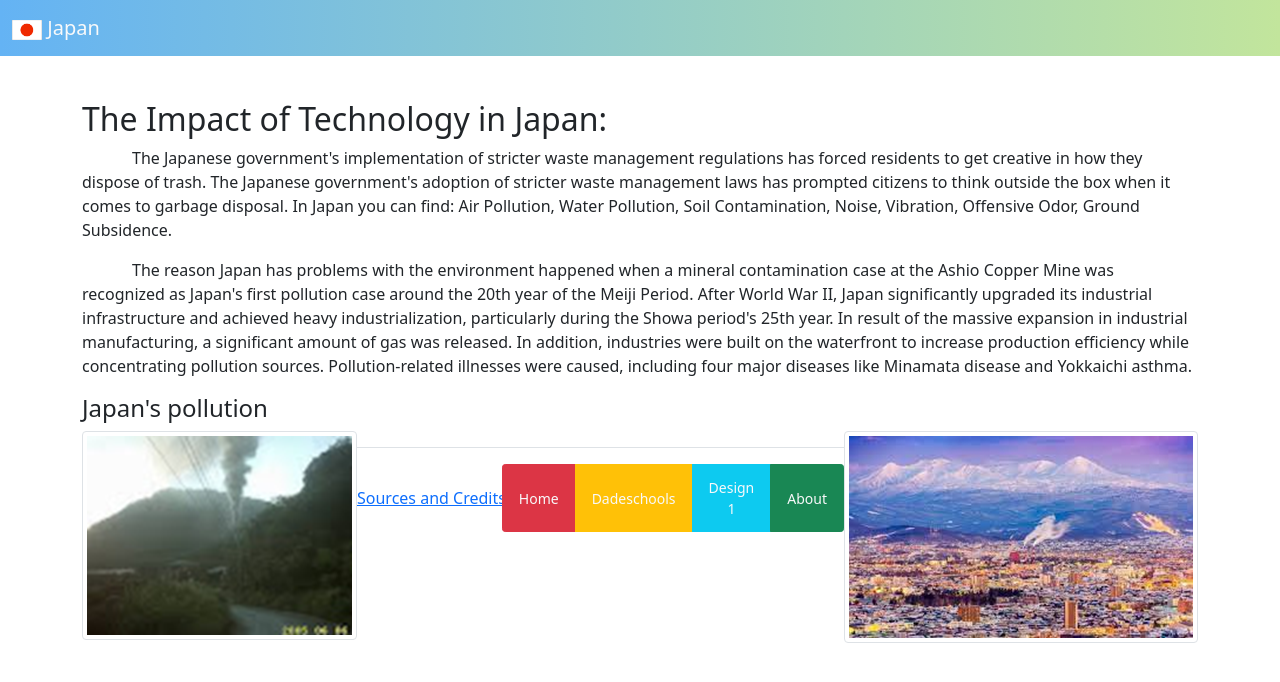
Repository: mrchilliballs/mrchilliballs.github.io
Page: untitled-2.html
These files come from the project's save history. The page is drawn as it stood at one moment and after the next save; the edit follows.
The browser window is 1280 px wide. The pictures show the whole page.

Above is the page before, as saved 2021-09-02 18:55:56.

### untitled-2.html
<!DOCTYPE html>
<html lang="en">
<head>
    <meta charset="UTF-8">
    <meta http-equiv="X-UA-Compatible" content="IE=edge">
    <!-- CSS only -->
<link href="https://cdn.jsdelivr.net/npm/bootstrap@5.1.0/dist/css/bootstrap.min.css" rel="stylesheet" integrity="sha384-KyZXEAg3QhqLMpG8r+8fhAXLRk2vvoC2f3B09zVXn8CA5QIVfZOJ3BCsw2P0p/We" crossorigin="anonymous">
    <meta name="viewport" content="width=device-width, initial-scale=1.0">
    <title>Document</title>
    <style>
@keyframes AnimationName {
    0%{background-position:0% 50%}
    50%{background-position:100% 50%}
    100%{background-position:0% 50%}
}
#navabr {
    animation: AnimationName 1s ease infinite !important;
    background: #c2e59c;  /* fallback for old browsers */
    background: -webkit-linear-gradient(to right, #64b3f4, #c2e59c);  /* Chrome 10-25, Safari 5.1-6 */
    background: linear-gradient(to right, #64b3f4, #c2e59c); /* W3C, IE 10+/ Edge, Firefox 16+, Chrome 26+, Opera 12+, Safari 7+ */
}
    </style>
</head>
<body>
    <nav class="navbar navbar-light bg-light fixed-top" id="navabr">
        <div class="container-fluid">
          <a class="navbar-brand" href="#">
            <img src="japan.gif" alt="" width="30" height="20 class="d-inline-block align-text-top">
            <span class="text-light">Japan</span>
          </a>
        </div>
      </nav>
    <main class="container">
<h2 style="margin-top: 100px;">The Impact of Technology in Japan:</h2>
	<p style="text-indent: 50px;">The Japanese government's implementation of stricter waste management regulations has forced residents to get creative in how they dispose of trash. The Japanese government's adoption of stricter waste management laws has prompted citizens to think outside the box when it comes to garbage disposal. In Japan you can find: Air Pollution, Water Pollution, Soil Contamination, Noise, Vibration, Offensive Odor, Ground Subsidence.
	<br></p><p style="text-indent: 50px;">The reason Japan has problems with the environment happened when a mineral contamination case at the Ashio Copper Mine was recognized as Japan's first pollution case around the 20th year of the Meiji Period. After World War II, Japan significantly upgraded its industrial infrastructure and achieved heavy industrialization, particularly during the Showa period's 25th year. In result of the massive expansion in industrial manufacturing, a significant amount of gas was released. In addition, industries were built on the waterfront to increase production efficiency while concentrating pollution sources. Pollution-related illnesses were caused, including four major diseases like Minamata disease and Yokkaichi asthma.
    </p>
    <h4>Japan's pollution</h4>
    <img src="Picture3.png" class="rounded float-start img-thumbnail img-fluid" alt="...">
    <img src="Picture4.png" class="rounded float-end img-thumbnail img-fluid" alt="...">
    <div style="margin-bottom: ;"></div>
        <div class="container">
            <footer class="d-flex flex-wrap justify-content-between align-items-center py-3 my-4 border-top" style="">
              <div class="dropdown">
                <a class="" href="#" role="button" id="dropdownMenuLink" data-bs-toggle="dropdown" aria-expanded="false">
                  Sources and Credits
                </a>

                <ul class="dropdown-menu" aria-labelledby="dropdownMenuLink">
                  <li><a class="dropdown-item" href="https://www.world-weather-travellers-guide.com/air-pollution-in-japan.htm">Source 1</a></li>
                  <li><a class="dropdown-item" href="https://www.nytimes.com/1964/12/26/archives/tokyo-troubled-by-air-pollution-emphasis-in-smog-control-is-still.html">Source 2</a></li>
                  <li><a class="dropdown-item" href="https://creativecommons.org/licenses/by-nc/2.0/s">Source 3</a></li>
                  <li><a class="dropdown-item" href="https://encyclopedia.1914-1918 online.net/article/science_and_technology_japan ">Source 4</a></li>
                  <li><a class="dropdown-item" href="https://en.wikipedia.org/wiki/Tokyo">Source 5</a></li>
                  <li><a class="dropdown-item" href="https://en.wikipedia.org/wiki/Meiji_Restoration ">Source 6</a></li>
                </ul>
              </div>
              <a href="/" class="col-md-4 d-flex align-items-center justify-content-center mb-3 mb-md-0 me-md-auto link-dark text-decoration-none">
                <svg class="bi me-2" width="40" height="32"><use xlink:href="#bootstrap"></use></svg>
              </a>

              <ul class="nav col-md-4 justify-content-end">
                <div class="btn-group" role="group" aria-label="Basic mixed styles example">
                    <button type="button" class="btn btn-danger btn-sm"><li class="nav-item"><a href="#" class="nav-link px-2 text-light">Home</a></li></button>
                    <button type="button" class="btn btn-warning btn-sm"><li class="nav-item"><a href="https://www3.dadeschools.net" class="nav-link px-2 text-light">Dadeschools</a></li></button>
                    <button type="button" class="btn btn-info btn-sm"><li class="nav-item"><a href="index.html" class="nav-link px-2 text-light">Design 1</a></li></button>
                    <button type="button" class="btn btn-success btn-sm"><li class="nav-item"><a class="nav-link px-2 text-light" href="#" role="button" id="dropdownMenuLink" data-bs-toggle="dropdown" aria-expanded="false">About</a><ul class="dropdown-menu" aria-labelledby="dropdownMenuLink1">
                      <li class="dropdown-item">We made this website using the program language "HTML". It took us a lot of work and we hope we get a good grade on this because we did our best on this website.</li>
                    </ul></li>
                    </button>
                  </div>
              </ul>
            </footer>
          </div>
          <!-- JavaScript Bundle with Popper -->
<script src="https://cdn.jsdelivr.net/npm/bootstrap@5.1.0/dist/js/bootstrap.bundle.min.js" integrity="sha384-U1DAWAznBHeqEIlVSCgzq+c9gqGAJn5c/t99JyeKa9xxaYpSvHU5awsuZVVFIhvj" crossorigin="anonymous"></script>
    </main>
</body>
</html>

After the next save:
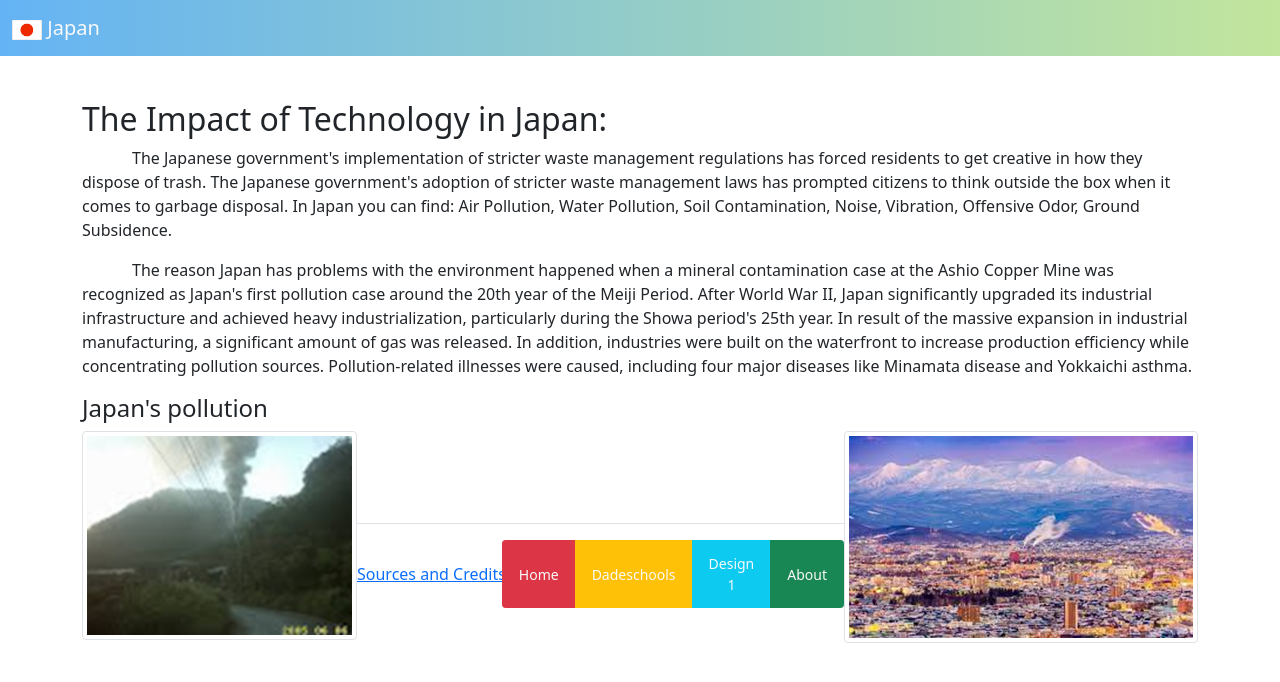
Saved 5 s later.
--- a/untitled-2.html
+++ b/untitled-2.html
@@ -38,7 +38,7 @@
     <h4>Japan's pollution</h4>
     <img src="Picture3.png" class="rounded float-start img-thumbnail img-fluid" alt="...">
     <img src="Picture4.png" class="rounded float-end img-thumbnail img-fluid" alt="...">
-    <div style="margin-bottom: ;"></div>
+    <div style="margin-bottom: 100px;"></div>
         <div class="container">
             <footer class="d-flex flex-wrap justify-content-between align-items-center py-3 my-4 border-top" style="">
               <div class="dropdown">
